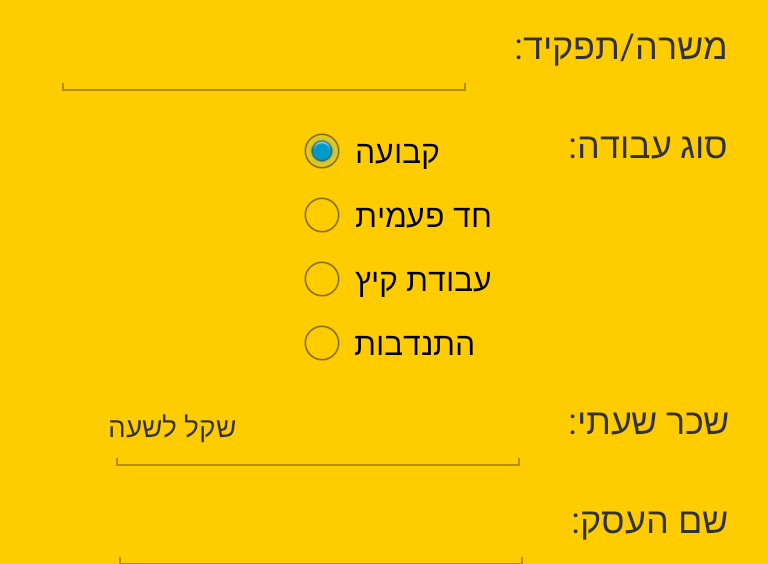
Repository: rodi055/jobli
Layout: Jobli/res/layout/fragment_create_job.xml
An editor plug-in stored every save of this project. The layout is shown before and after the next save, followed by the edit.
The pictures show rows 0 to 564 of an output 1280 px tall.
Pictures or frames that could not be fetched are drawn as grey boxes. It is drawn on a 768 x 1280 px phone screen (xhdpi) without system bars, with theme AppTheme; the app's code is not run. The app's manifest (not shown) leaves right-to-left support off. So textAlignment, textDirection and layoutDirection are ignored, and left and right values win over start and end ones.

Above is the layout before, as saved 2015-01-03 11:45:13.

After the next save:
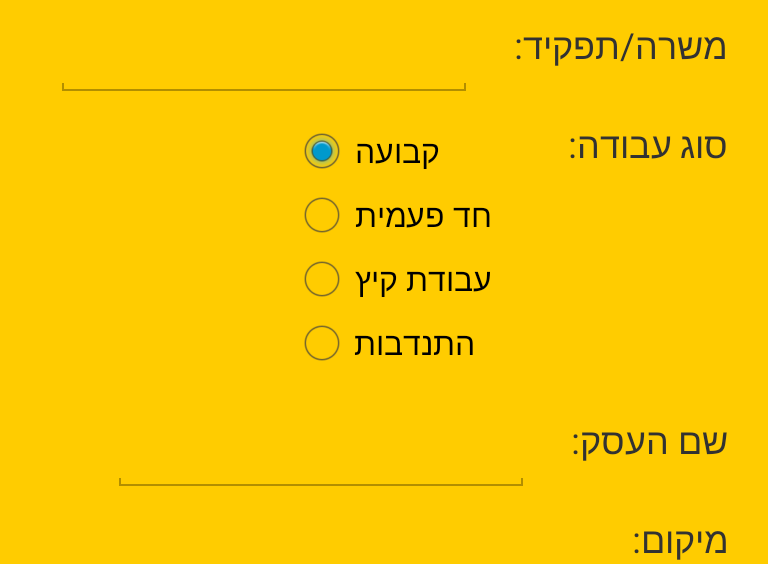
Saved 61 s later.
--- a/Jobli/res/layout/fragment_create_job.xml
+++ b/Jobli/res/layout/fragment_create_job.xml
@@ -122,6 +122,7 @@
                     android:layout_marginEnd="20dp"
                     android:layout_marginRight="20dp"
                     android:layout_toLeftOf="@+id/textView8"
+                    android:layout_toRightOf="@+id/textView9"
                     android:ems="10"
                     android:inputType="number"
                     android:maxLines="1"
@@ -132,7 +133,7 @@
                     android:layout_width="wrap_content"
                     android:layout_height="wrap_content"
                     android:layout_alignBottom="@+id/textView8"
-                    android:layout_alignLeft="@+id/editText8"
+                    android:layout_toLeftOf="@+id/editText8"
                     android:text="שקל לשעה" />
 
             </RelativeLayout>

After the save that followed:
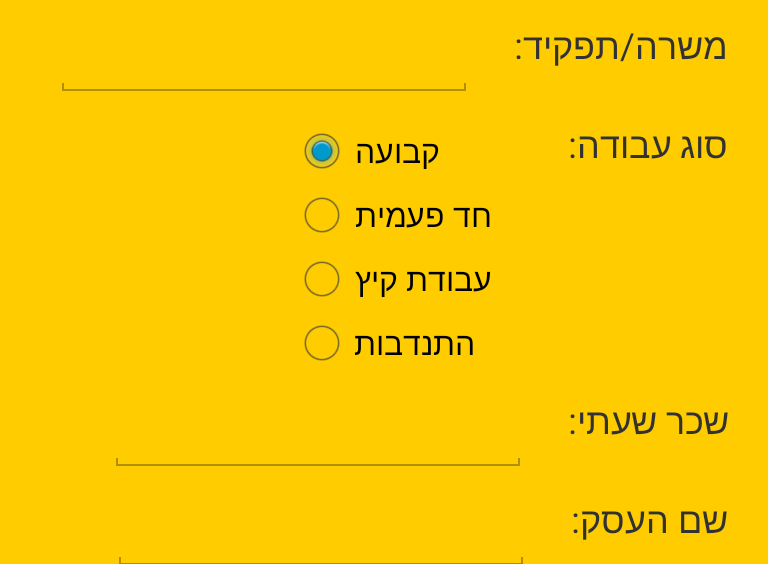
Saved 2 min 6 s later.
--- a/Jobli/res/layout/fragment_create_job.xml
+++ b/Jobli/res/layout/fragment_create_job.xml
@@ -122,19 +122,12 @@
                     android:layout_marginEnd="20dp"
                     android:layout_marginRight="20dp"
                     android:layout_toLeftOf="@+id/textView8"
-                    android:layout_toRightOf="@+id/textView9"
                     android:ems="10"
                     android:inputType="number"
                     android:maxLines="1"
                     android:singleLine="true" />
 
-                <TextView
-                    android:id="@+id/textView9"
-                    android:layout_width="wrap_content"
-                    android:layout_height="wrap_content"
-                    android:layout_alignBottom="@+id/textView8"
-                    android:layout_toLeftOf="@+id/editText8"
-                    android:text="שקל לשעה" />
+
 
             </RelativeLayout>
 
